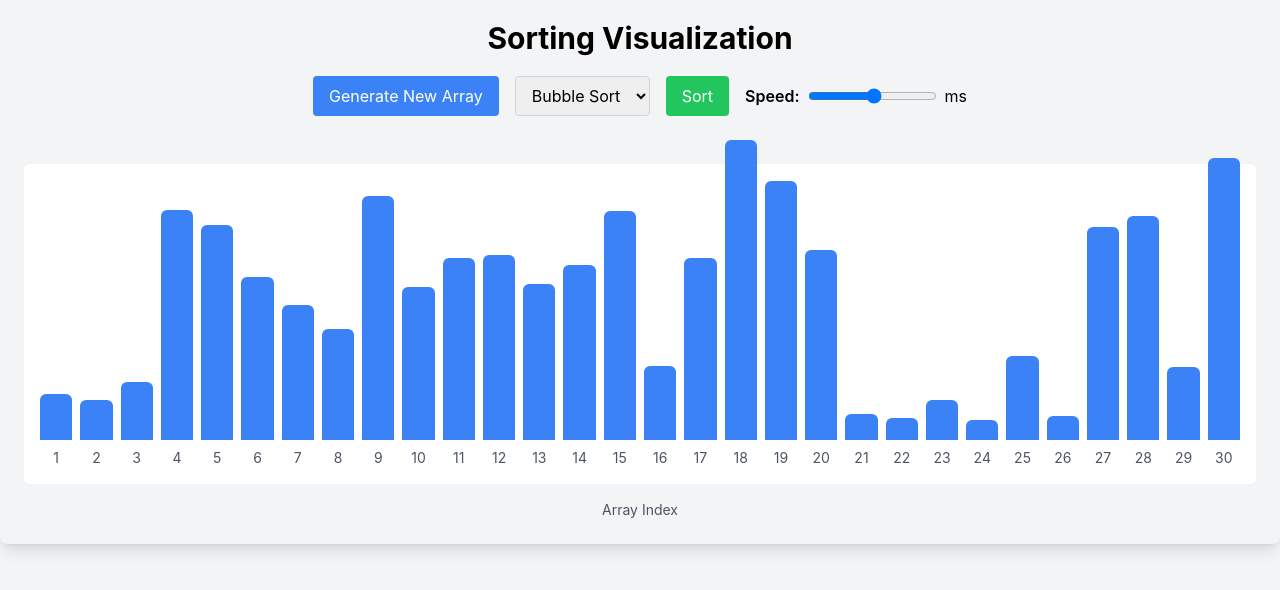
Repository: Tarunkasliwal/sortingvisualizer
Page: /
The author's editor kept a copy of each file at every save. The page is drawn from the files as they stood at one save, then again after the next save.
The browser window is 1280 px wide. The pictures show the whole page.
The project was rebuilt for these pictures with package versions that can differ from the ones it lists, and the page was loaded fresh each time.

Above is the page before, as saved 2024-12-22 16:37:58.

After the next save:
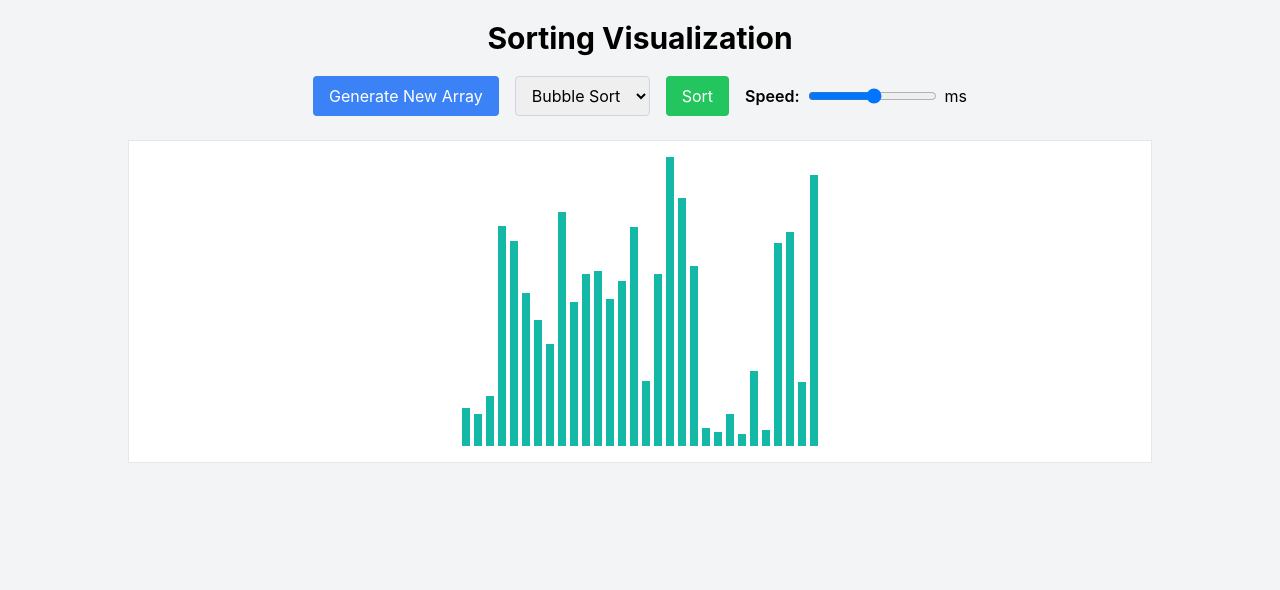
Saved 8 s later.
--- a/src/components/ArrayBarContainer.js
+++ b/src/components/ArrayBarContainer.js
@@ -1,52 +1,17 @@
 import React from 'react';
 
-const ArrayBarContainer = ({
-  array = [25, 50, 75, 100, 125, 150, 175, 200], // Default values
-  baseColor = "bg-blue-500",
-  hoverColor = "bg-blue-600",
-  minHeight = 20,
-  maxHeight = 300,
-}) => {
-  // Normalize the array values to fit within the specified height range
-  const normalizeValue = (value) => {
-    const max = Math.max(...array);
-    const min = Math.min(...array);
-    return ((value - min) / (max - min)) * (maxHeight - minHeight) + minHeight;
-  };
-
+function ArrayBarContainer({ array }) {
   return (
-    <div className="w-full p-6 bg-gray-100 rounded-lg shadow-lg">
-      <div className="flex items-end justify-center gap-2 h-80 bg-white p-4 rounded-md">
-        {array.map((value, idx) => (
-          <div
-            key={idx}
-            className="group relative flex-1"
-          >
-            <div
-              className={`${baseColor} hover:${hoverColor} transition-all duration-300 rounded-t-md cursor-pointer relative`}
-              style={{
-                height: `${normalizeValue(value)}px`,
-              }}
-            >
-              {/* Tooltip */}
-              <div className="opacity-0 group-hover:opacity-100 absolute -top-10 left-1/2 -translate-x-1/2 bg-gray-800 text-white px-2 py-1 rounded text-sm whitespace-nowrap transition-opacity duration-200">
-                Value: {value}
-              </div>
-            </div>
-            {/* Bar label */}
-            <div className="text-center text-sm text-gray-600 mt-2">
-              {idx + 1}
-            </div>
-          </div>
-        ))}
-      </div>
-
-      {/* Legend */}
-      <div className="mt-4 text-center text-sm text-gray-600">
-        Array Index
-      </div>
+    <div className="flex items-end justify-center gap-1 mx-auto max-w-5xl border p-4 bg-white">
+      {array.map((value, idx) => (
+        <div
+          key={idx}
+          className="array-bar bg-teal-500 w-2"
+          style={{ height: `${value}px` }}
+        ></div>
+      ))}
     </div>
   );
-};
+}
 
 export default ArrayBarContainer;

After the save that followed:
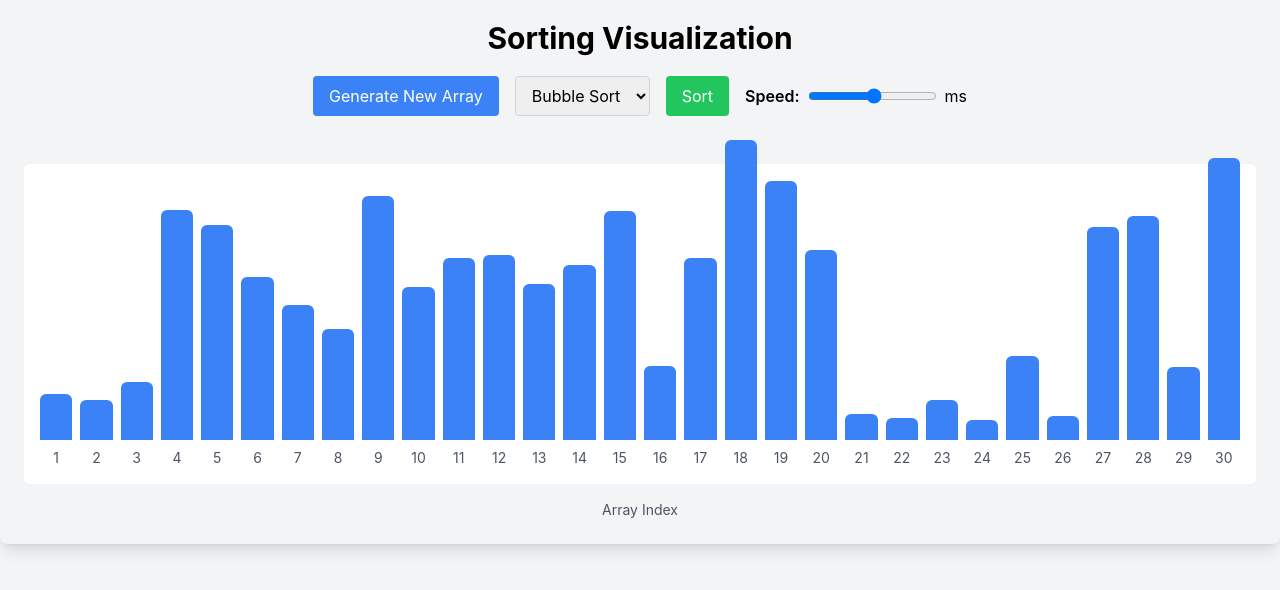
Saved 18 s later.
--- a/src/components/ArrayBarContainer.js
+++ b/src/components/ArrayBarContainer.js
@@ -1,17 +1,52 @@
 import React from 'react';
 
-function ArrayBarContainer({ array }) {
+const ArrayBarContainer = ({
+  array = [25, 50, 75, 100, 125, 150, 175, 200], // Default values
+  baseColor = "bg-blue-500",
+  hoverColor = "bg-blue-600",
+  minHeight = 20,
+  maxHeight = 300,
+}) => {
+  // Normalize the array values to fit within the specified height range
+  const normalizeValue = (value) => {
+    const max = Math.max(...array);
+    const min = Math.min(...array);
+    return ((value - min) / (max - min)) * (maxHeight - minHeight) + minHeight;
+  };
+
   return (
-    <div className="flex items-end justify-center gap-1 mx-auto max-w-5xl border p-4 bg-white">
-      {array.map((value, idx) => (
-        <div
-          key={idx}
-          className="array-bar bg-teal-500 w-2"
-          style={{ height: `${value}px` }}
-        ></div>
-      ))}
+    <div className="w-full p-6 bg-gray-100 rounded-lg shadow-lg">
+      <div className="flex items-end justify-center gap-2 h-80 bg-white p-4 rounded-md">
+        {array.map((value, idx) => (
+          <div
+            key={idx}
+            className="group relative flex-1"
+          >
+            <div
+              className={`${baseColor} hover:${hoverColor} transition-all duration-300 rounded-t-md cursor-pointer relative`}
+              style={{
+                height: `${normalizeValue(value)}px`,
+              }}
+            >
+              {/* Tooltip */}
+              <div className="opacity-0 group-hover:opacity-100 absolute -top-10 left-1/2 -translate-x-1/2 bg-gray-800 text-white px-2 py-1 rounded text-sm whitespace-nowrap transition-opacity duration-200">
+                Value: {value}
+              </div>
+            </div>
+            {/* Bar label */}
+            <div className="text-center text-sm text-gray-600 mt-2">
+              {idx + 1}
+            </div>
+          </div>
+        ))}
+      </div>
+
+      {/* Legend */}
+      <div className="mt-4 text-center text-sm text-gray-600">
+        Array Index
+      </div>
     </div>
   );
-}
+};
 
 export default ArrayBarContainer;
